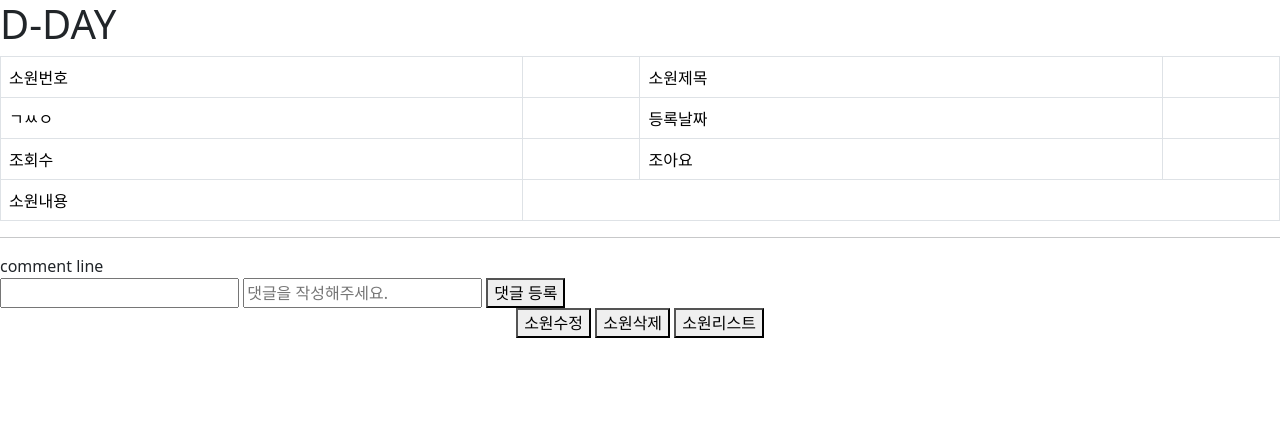
Repository: sujeong1799/JSP
Page: http://localhost/java_study/board/detail.jsp
The author's editor kept a copy of each file at every save. The page is drawn from the files as they stood at one save, then again after the next save.
The browser window is 1280 px wide. The pictures show the whole page.
The page is served by Tomcat 9. Other server files are loaded and not shown. The template is opened directly, without the code that normally fills it, so the values that code supplies are empty.

Above is the page before, as saved 2023-05-21 08:05:42.

### jsp_project3-1/java_study/src/main/webapp/board/detail.jsp
<%@ page language="java" contentType="text/html; charset=UTF-8"
	pageEncoding="UTF-8"%>
<%@ taglib prefix="c" uri="http://java.sun.com/jsp/jstl/core"%>
<link
	href="https://cdn.jsdelivr.net/npm/bootstrap@5.3.0-alpha3/dist/css/bootstrap.min.css"
	rel="stylesheet"
	integrity="sha384-KK94CHFLLe+nY2dmCWGMq91rCGa5gtU4mk92HdvYe+M/SXH301p5ILy+dN9+nJOZ"
	crossorigin="anonymous">
<!DOCTYPE html>
<html>
<head>
<meta charset="UTF-8">
<title>소원상세보기</title>
</head>
<body>
	<table class="table table-bordered">
		<thead>
			<h1>D-DAY</h1>
		</thead>
		<tbody>
			<tr>
				<td>소원번호</td>
				<td>${bvo.bno }</td>
				<td>소원제목</td>
				<td>${bvo.title }</td>
			</tr>
			<tr >
				<td>ㄱㅆㅇ</td>
				<td>${bvo.writer}</td>
				<td>등록날짜</td>
				<td>${bvo.reg_date }</td>
			</tr>
			<tr>
				<td>조회수</td>
				<td>${bvo.read_count }</td>
				<td>조아요</td>
				<td>${bvo.like_count }</td>
			</tr>
			<tr>
				<td>소원내용</td>
				<td colspan="3">${bvo.content }</td>
			</tr>
		</tbody>
	</table>

	<hr>

	<div>
	comment line<br>
	<input type="text" id="cmtWriter" value="${ses.id }" readonly="readonly">
	<input type="text" id="cmtText" placeholder="댓글을 작성해주세요.">
	<button type="button" id="cmtAddBtn">댓글 등록</button>
	</div>

	<div align="center">
	<a href="/brd/editPage?bno=${bvo.bno }"><button>소원수정</button></a>
	<a href="/brd/remove?bno=${bvo.bno } "><button>소원삭제</button></a>
	<a href="/brd/list"><button>소원리스트</button></a>
	</div>

</body>
</html>

After the next save:
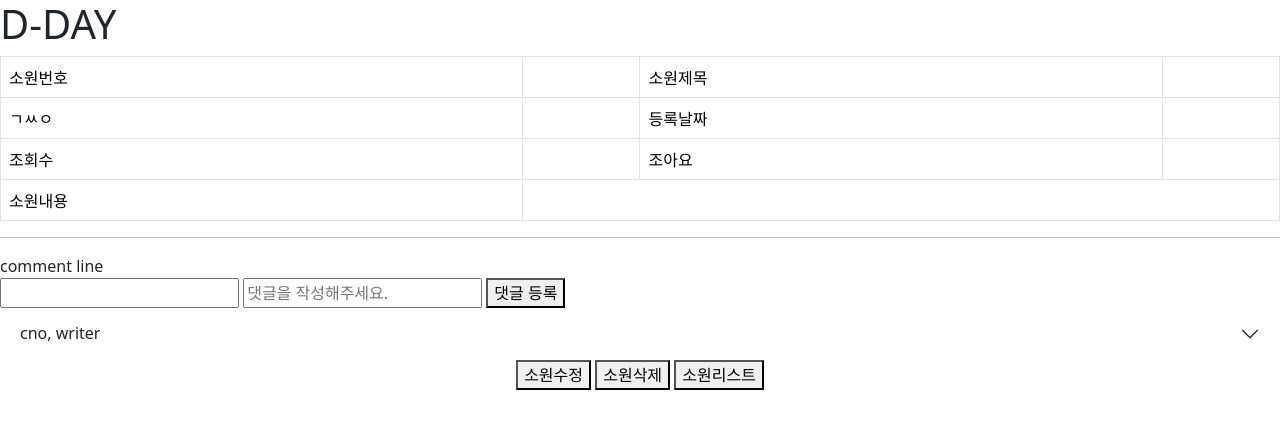
Saved 35 s later.
--- a/jsp_project3-1/java_study/src/main/webapp/board/detail.jsp
+++ b/jsp_project3-1/java_study/src/main/webapp/board/detail.jsp
@@ -52,6 +52,25 @@
 	<button type="button" id="cmtAddBtn">댓글 등록</button>
 	</div>
 
+	<!-- 댓글 나타나는 부분 -->
+	<div class="accordion accordion-flush" id="accordionFlushExample">
+		<div class="accordion-item">
+			<h2 class="accordion-header" id="flush-headingOne">
+				<button class="accordion-button collapsed" type="button"
+					data-bs-toggle="collapse" data-bs-target="#flush-collapseOne"
+					aria-expanded="false" aria-controls="flush-collapseOne">
+					cno, writer</button>
+			</h2>
+			<div id="flush-collapseOne" class="accordion-collapse collapse"
+				aria-labelledby="flush-headingOne"
+				data-bs-parent="#accordionFlushExample">
+				<div class="accordion-body">
+				content, reg_date
+				</div>
+			</div>
+		</div>
+	</div>
+
 	<div align="center">
 	<a href="/brd/editPage?bno=${bvo.bno }"><button>소원수정</button></a>
 	<a href="/brd/remove?bno=${bvo.bno } "><button>소원삭제</button></a>
